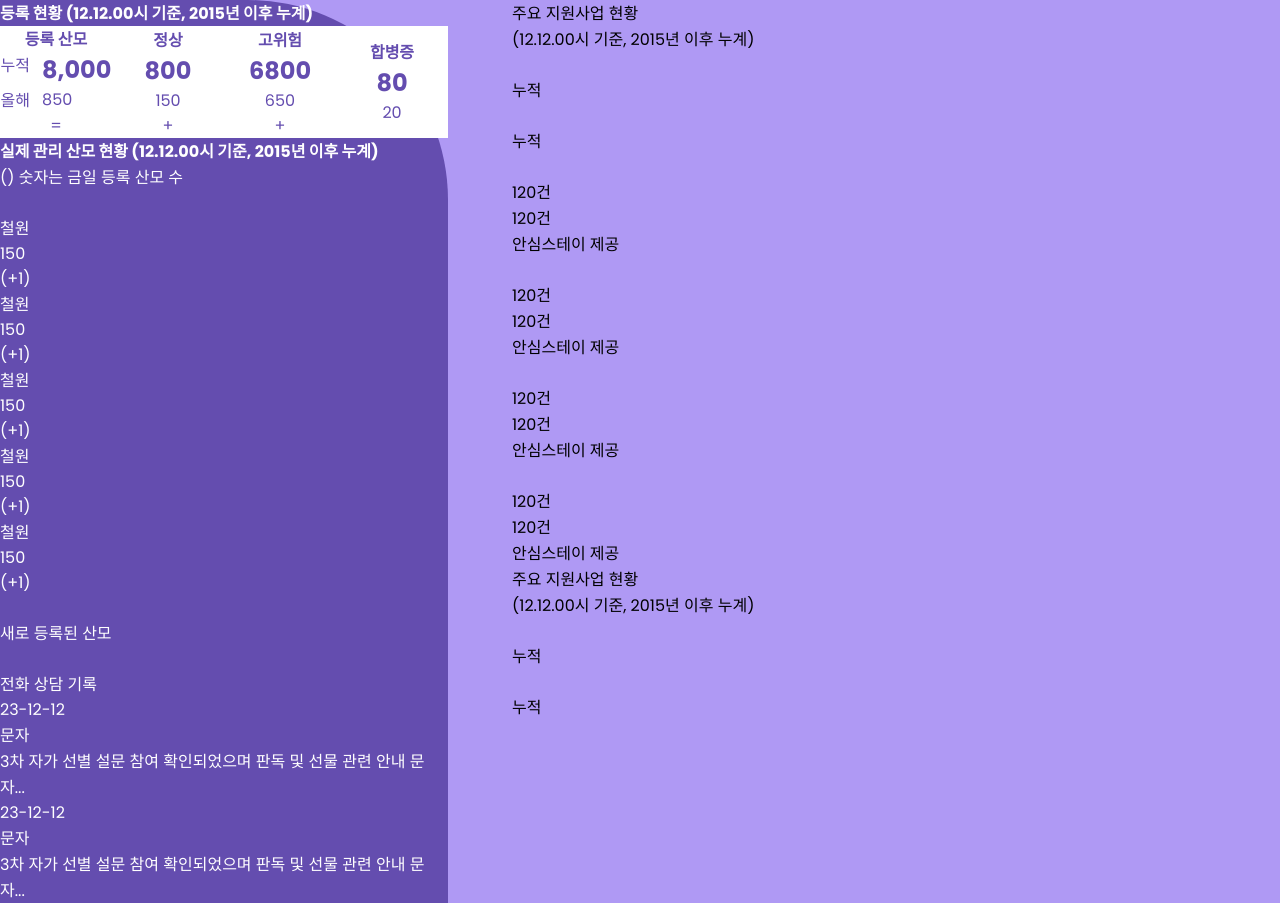
Repository: giapchicuong/Perganancy_Web
Page: index.html
The author's editor kept a copy of each file at every save. The page is drawn from the files as they stood at one save, then again after the next save.
The browser window is 1280 px wide. The pictures show the whole page.

Above is the page before, as saved 2024-03-06 13:08:24.

After the next save:
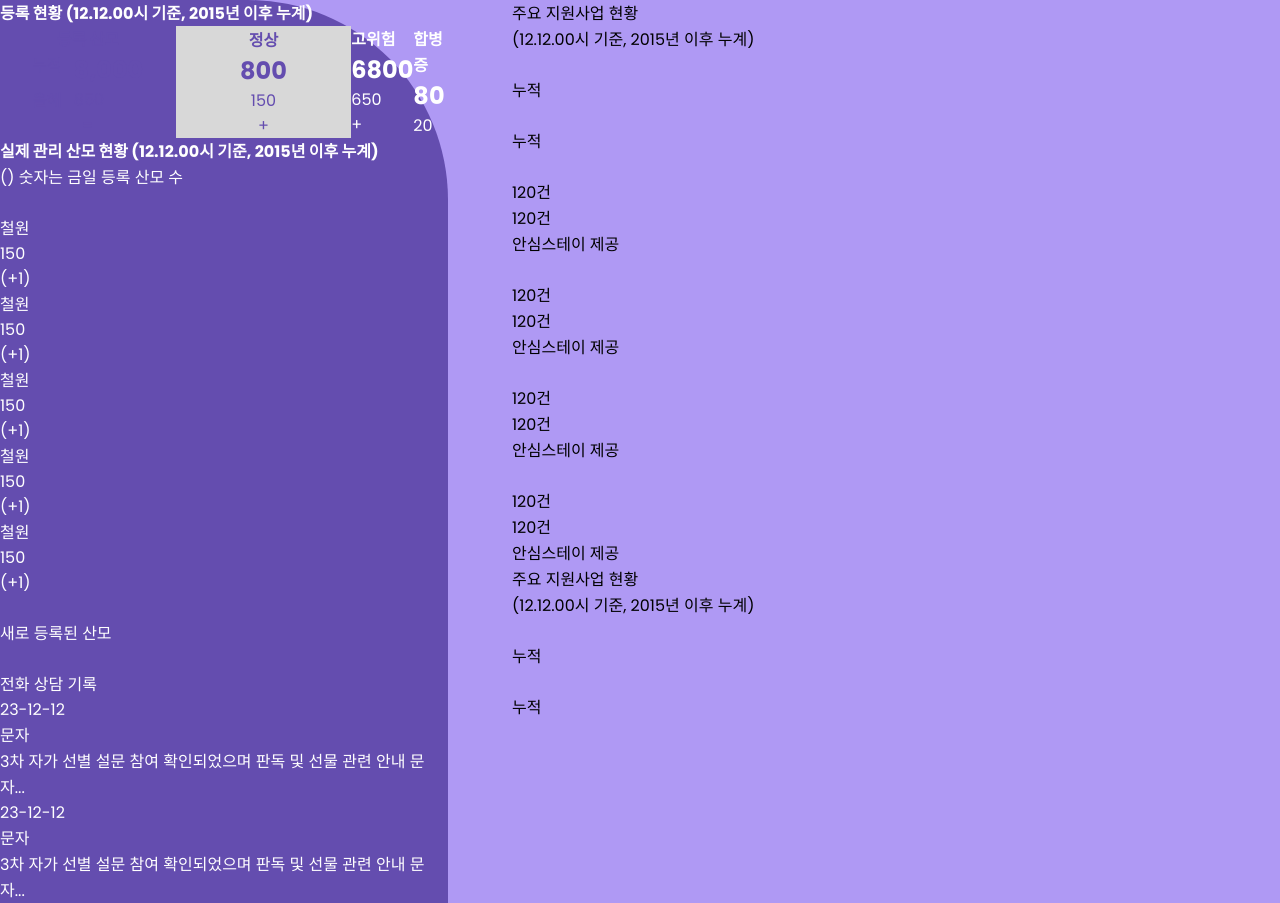
Saved 2 min 4 s later.
--- a/index.html
+++ b/index.html
@@ -24,7 +24,7 @@
                 <div class="advertising-left">
                     <div class="advertising-left__title">등록 현황 (12.12.00시 기준, 2015년 이후 누계)</div>
                     <div class="advertising-left__item-list">
-                        <div class="advertising-left__item">
+                        <div class="advertising-left__item1">
                             <div class="advertising-left__item--signal">
                                 <div class="advertising-left__item--white">
                                     <div class="advertising-left__item-title">등록 산모</div>
@@ -40,7 +40,7 @@
                             </div>
                             <div class="calculation">=</div>
                         </div>
-                        <div class="advertising-left__item">
+                        <div class="advertising-left__item2">
                             <div class="advertising-left__item-title">정상</div>
                             <div class="advertising-left__item-desc">
                                 <div class="advertising-left__item-desc-number">800</div>
@@ -50,7 +50,7 @@
                             </div>
                             <div class="calculation">+</div>
                         </div>
-                        <div class="advertising-left__item">
+                        <div class="advertising-left__item3">
                             <div class="advertising-left__item-title">고위험</div>
                             <div class="advertising-left__item-desc">
                                 <div class="advertising-left__item-desc-number">6800</div>
@@ -60,7 +60,7 @@
                             </div>
                             <div class="calculation">+</div>
                         </div>
-                        <div class="advertising-left__item">
+                        <div class="advertising-left__item4">
                             <div class="advertising-left__item-title">합병증</div>
                             <div class="advertising-left__item-desc">
                                 <div class="advertising-left__item-desc-number">80</div>
--- a/assets/style.css
+++ b/assets/style.css
@@ -21,13 +21,49 @@
 .advertising-left__item-list{
     display: flex;
 }
-.advertising-left__item{
+.advertising-left__item1{
     display: flex;
     flex-direction: column;
     justify-content: center;
     align-items: center;
     width: 50%;
     background-color: var(--white);
+    color: var(--primary)
+}
+.advertising-left__item2 {
+    display: flex;
+    flex-direction: column;
+    justify-content: center;
+    align-items: center;
+    width: 50%;
+    background-color: var(--gray);
+    color: var(--primary)
+}
+.advertising-left__item1 {
+    display: flex;
+    flex-direction: column;
+    justify-content: center;
+    align-items: center;
+    width: 50%;
+    background-color: var(--gray2);
+    color: var(--primary)
+}
+.advertising-left__item1 {
+    display: flex;
+    flex-direction: column;
+    justify-content: center;
+    align-items: center;
+    width: 50%;
+    background-color: var(--gray3);
+    color: var(--primary)
+}
+.advertising-left__item1 {
+    display: flex;
+    flex-direction: column;
+    justify-content: center;
+    align-items: center;
+    width: 50%;
+    background-color: var(--gray4);
     color: var(--primary)
 }
 .advertising-left__item--signal{
